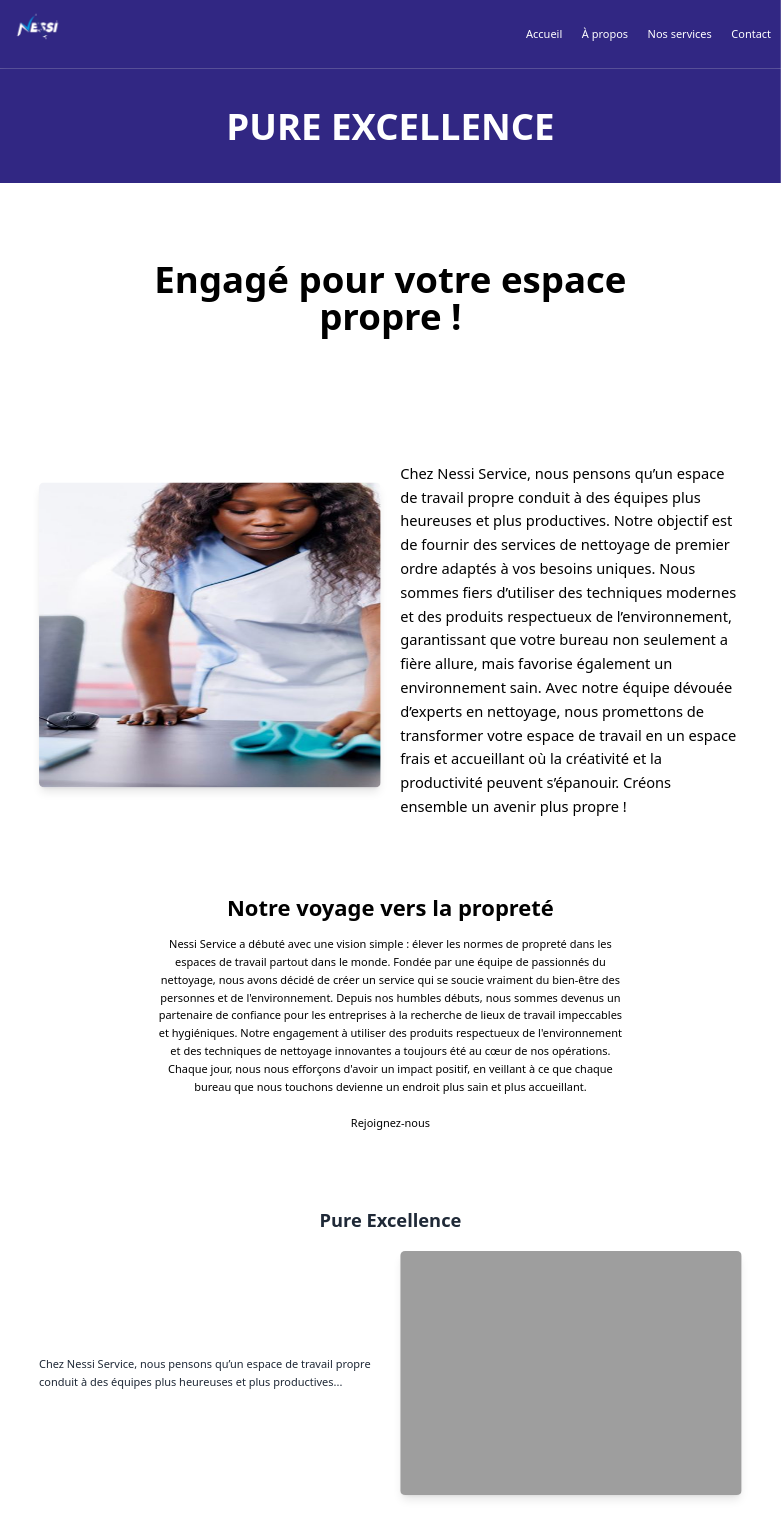
Repository: MDiouf9/Nessi
Page: /About
An editor plug-in stored every save of this project. The page is shown before and after the next save, followed by the edit.
The browser window is 1280 px wide. The pictures show the whole page, at 61% of full size.
Pictures or frames that could not be fetched are drawn as grey boxes. The project was rebuilt for these pictures with package versions that can differ from the ones it lists, and the page was loaded fresh each time. Also part of the build but not shown: vite.config.js, src/Global.css, src/App.css, src/components/Footer.jsx, src/Pages/Home.jsx, src/Pages/NotFound.jsx, src/components/Countries.jsx, src/Pages/Services.jsx and 1 more.

Above is the page before, as saved 2025-03-10 18:33:02.

After the next save:
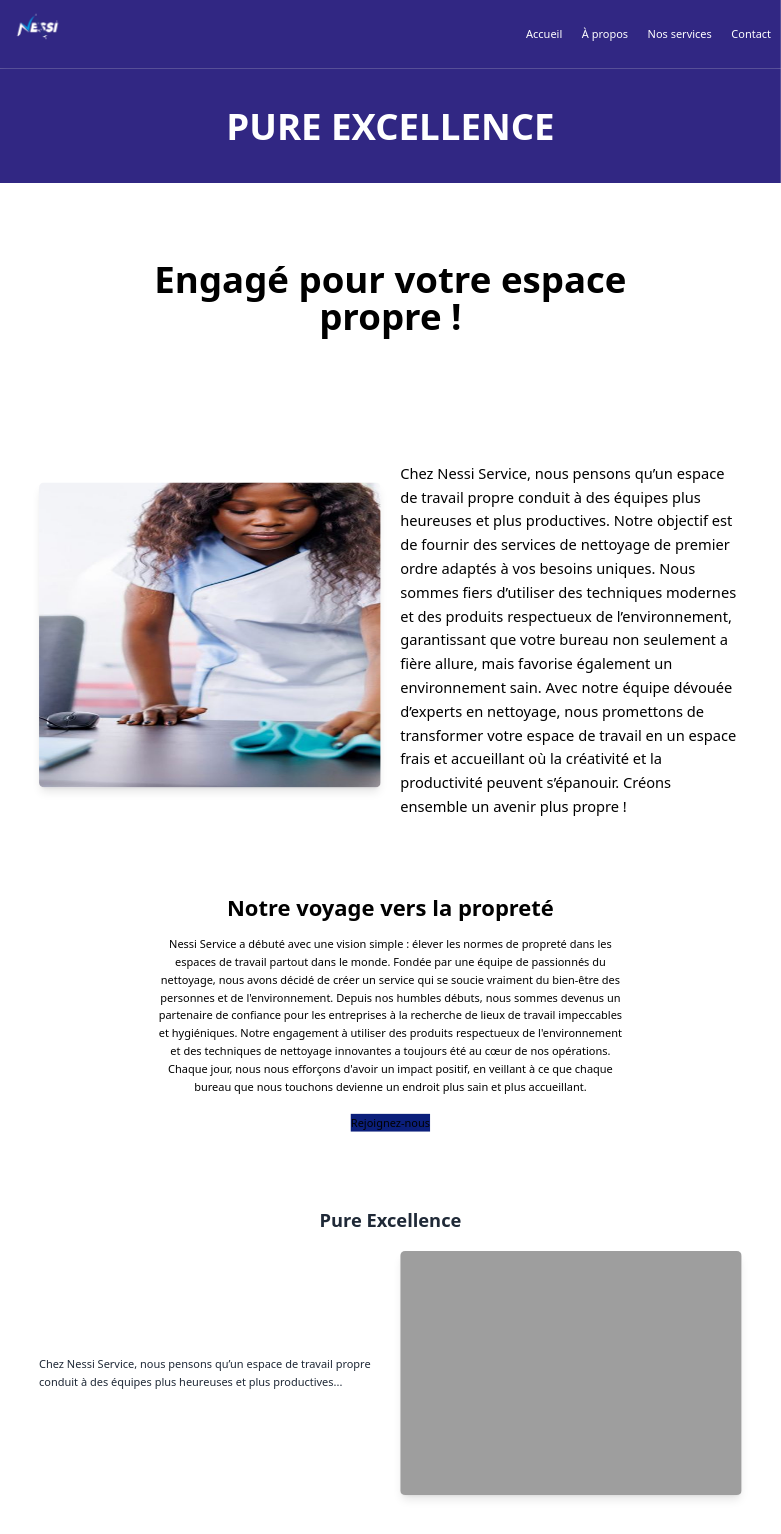
Saved 4 s later.
--- a/src/components/SectionTexte.jsx
+++ b/src/components/SectionTexte.jsx
@@ -13,7 +13,7 @@ const OurJourneySection = () => {
             Notre engagement à utiliser des produits respectueux de l'environnement et des techniques de nettoyage innovantes a toujours été au cœur de nos opérations.
             Chaque jour, nous nous efforçons d'avoir un impact positif, en veillant à ce que chaque bureau que nous touchons devienne un endroit plus sain et plus accueillant.
             <br /> <br />
-             <button className="bg-[#0B1F7B]:">Rejoignez-nous</button>
+             <button className="bg-[#0B1F7B]">Rejoignez-nous</button>
           </p>
         </div>
       </section>
